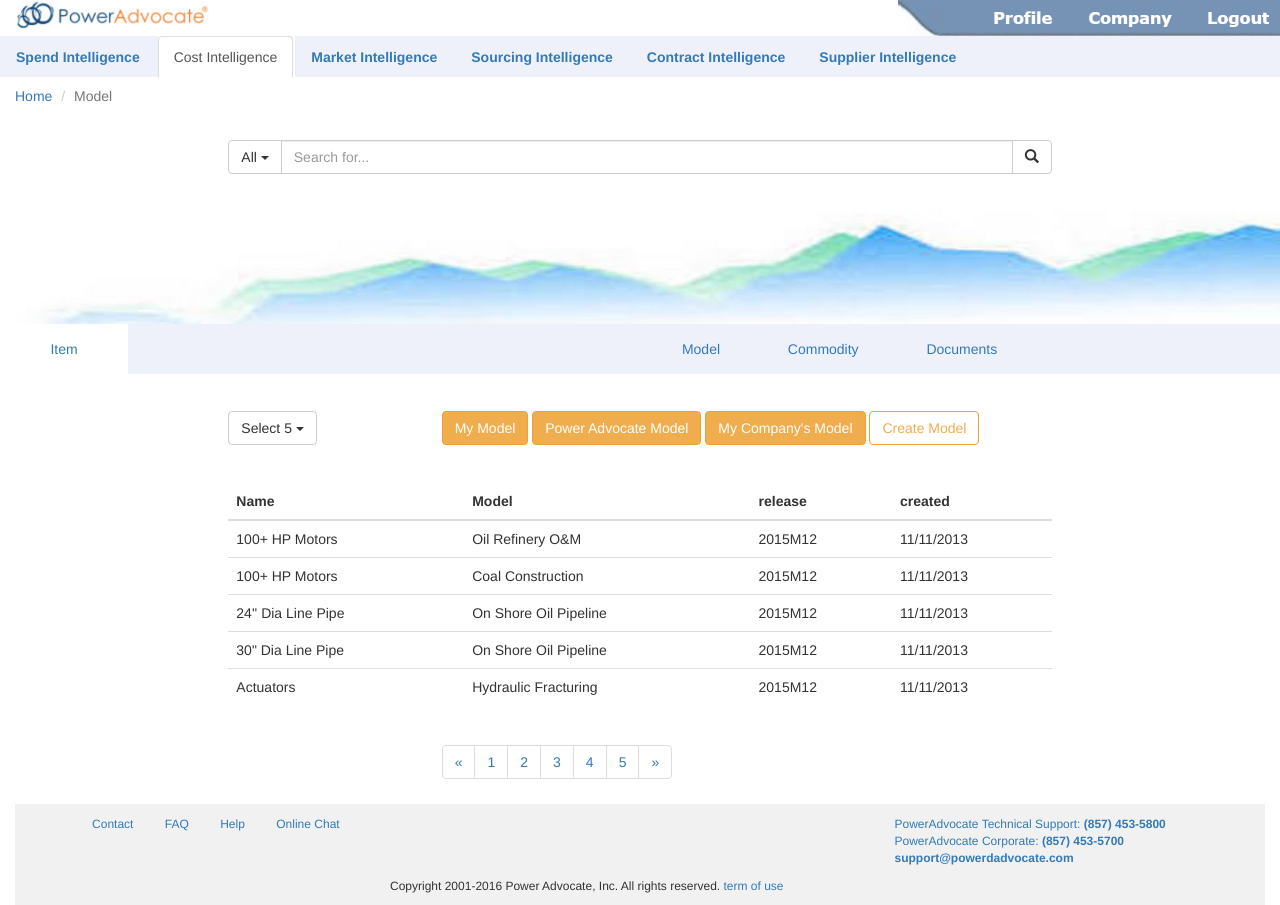
Repository: SamiraMansouri/PowerAdvocate-CostIntelligence-Application-new-Design-using-UserExperience-Method-
Page: http://localhost/PowerAdvocate/WEB-INF/views/Item.jsp
An editor plug-in stored every save of this project. The page is shown before and after the next save, followed by the edit.
The browser window is 1280 px wide. The pictures show the whole page.
The page is served by Tomcat 9. Nobody is signed in. The template is opened directly, without the code that normally fills it, so the values that code supplies are empty.

Above is the page before, as saved 2016-04-25 02:11:38.

After the next save:
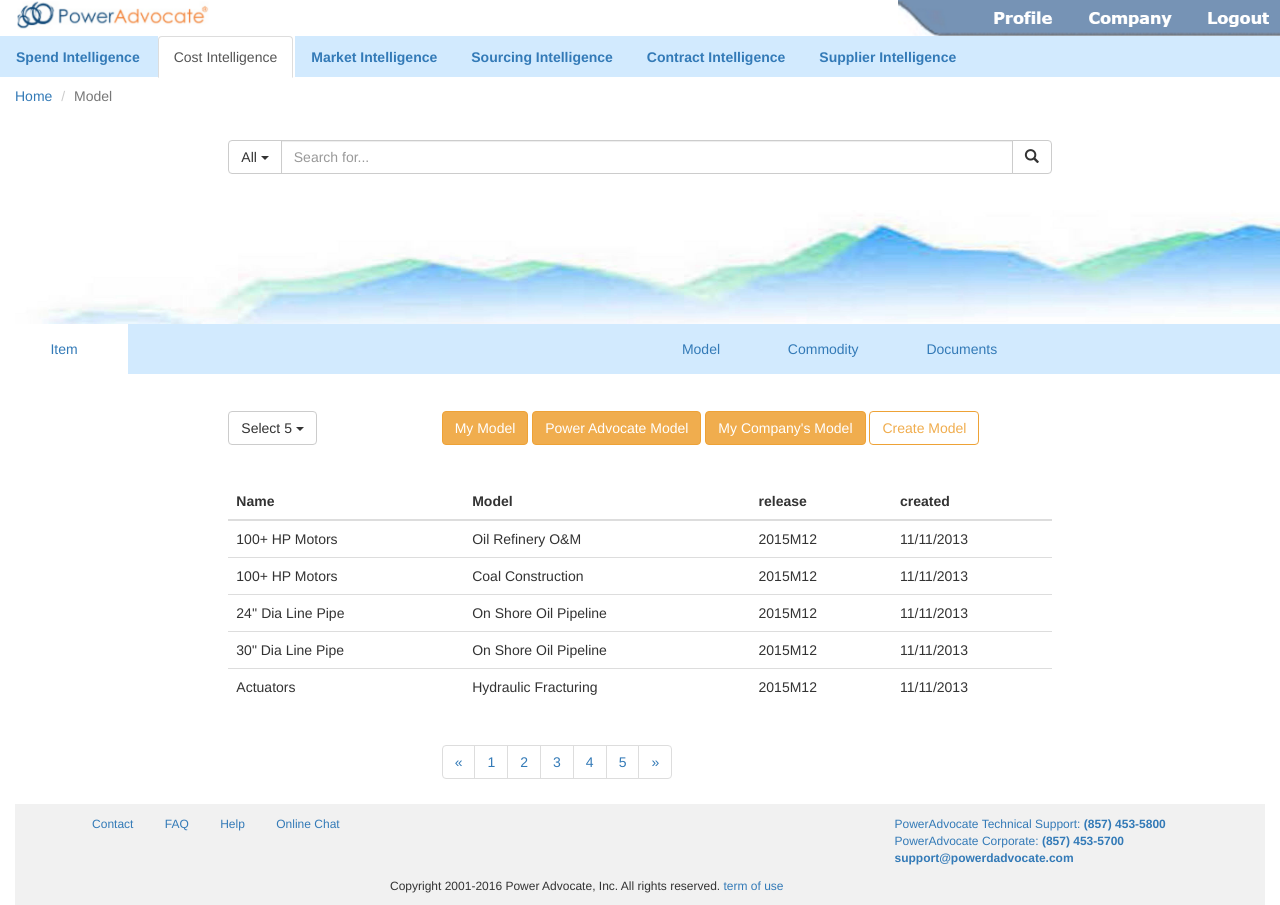
Saved 4 min 46 s later.
--- a/PowerAdvocate-Prototype/PowerAdvocate/src/main/webapp/WEB-INF/views/Item.jsp
+++ b/PowerAdvocate-Prototype/PowerAdvocate/src/main/webapp/WEB-INF/views/Item.jsp
@@ -23,7 +23,7 @@
 }
 
 .nav {
-	background-color: #eff1fa;
+	background-color: #d2eafe;
 	border-color: white;
 }
 
